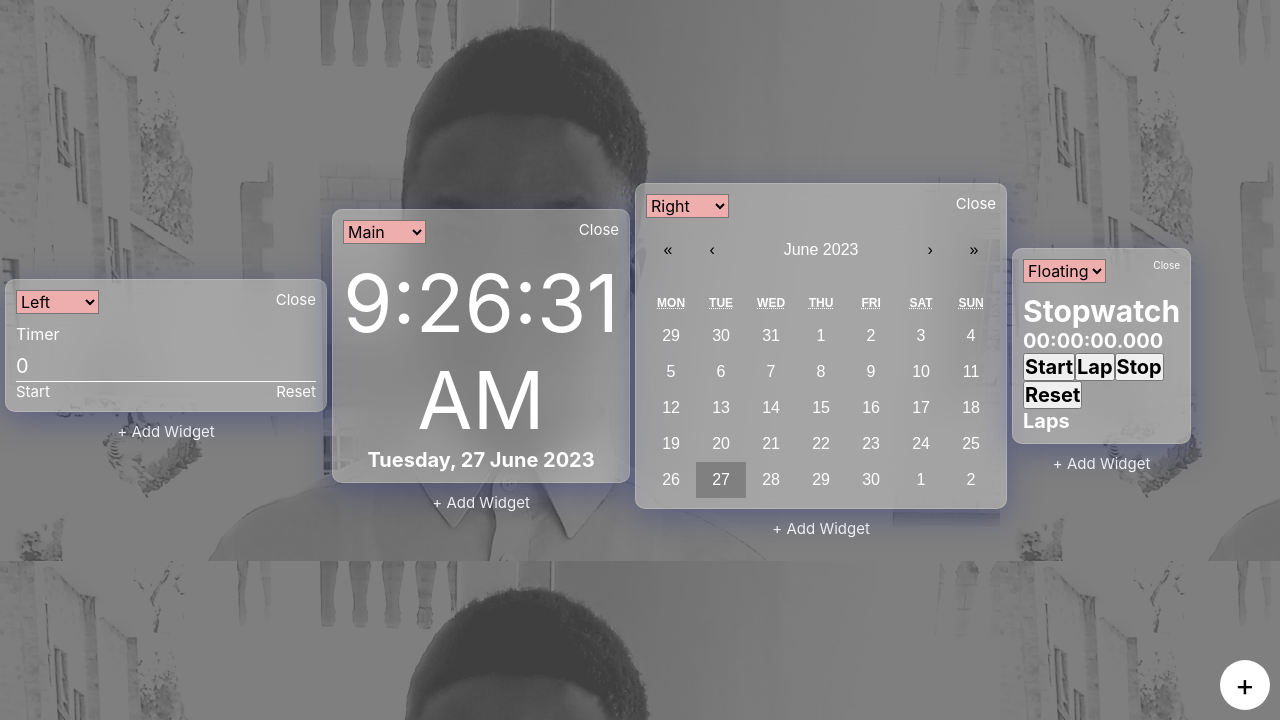
Repository: Angera-Silas/Planner-app
Page: /
An editor plug-in stored every save of this project. The page is shown before and after the next save, followed by the edit.
The browser window is 1280 px wide. The pictures show the whole page.
The project was rebuilt for these pictures with package versions that can differ from the ones it lists, and the page was loaded fresh each time. Also part of the build but not shown: src/widgets/ReminderListWidget.js, src/modals/WidgetGalleryModal.js.

Above is the page before, as saved 2023-06-27 18:26:59.

### src/index.css
body {
  margin: 0;
  font-family: -apple-system, BlinkMacSystemFont, 'Segoe UI', 'Roboto', 'Oxygen',
    'Ubuntu', 'Cantarell', 'Fira Sans', 'Droid Sans', 'Helvetica Neue',
    sans-serif;
  -webkit-font-smoothing: antialiased;
  -moz-osx-font-smoothing: grayscale;
}

code {
  font-family: source-code-pro, Menlo, Monaco, Consolas, 'Courier New',
    monospace;
}
*,
*::before,
*::after {
 box-sizing: border-box;
}

img,
svg,
video,
canvas,
audio,
iframe,
embed,
object {
 display: block;
 max-width: 100%;
}

input,
button,
textarea,
select {
 font: inherit;
 color: black;
}

* {
 margin: 0;
 padding: 0;
 box-sizing: border-box;
 font: inherit;
 color: white;
}

/* width */
::-webkit-scrollbar {
 width: 10px;
}

/* Track */
::-webkit-scrollbar-track {
 background: #363636;
}

/* Handle */
::-webkit-scrollbar-thumb {
 background: #777;
}

/* Handle on hover */
::-webkit-scrollbar-thumb:hover {
 background: #1e1e1e;
}

### src/App.css
.App {
  background: url("background.jpg");
  height: 100vh;
  display: flex;
  justify-content: flex-start;
  align-items: center;
  width: 100%;

}

.container {
  display: flex;
  flex-direction: row;
  align-items: flex-start;
  justify-content: space-between;
  gap: 5px;
  width: 100vh;
  padding: 5px;
  max-height: 100vh;
  height: 100%;

}

.item {
  background-color: rgba(255, 255, 255, 0.8);
  border: 1px solid rgba(0, 0, 0);
  padding: 20px;
  font-size: 30px;
  text-align: center;
}

.time {
  font-size: 80px;
  color: white;
  text-align: center;
}

.date {
  font-size: 20px;
  color: white;
  text-align: center;
  font-weight: bold;
}

.add-widget-button {
  background-color: transparent;
  color: white;
  border: none;
  font-size: 15px;
  text-align: center;
  cursor: pointer;
}

.add-widget-button:hover {
  color: #1e1e1e;
}

.right-widget,
.left-widget,
.main-widget,
.center-widget {
  display: flex;
  justify-content: center;
  align-items: center;
  flex-direction: column;
  gap: 10px;
  height: 100%;
  max-width: 500px;
}

.none-widget {
  position: fixed;
  /* height: 100vh;
  width: 100vw; */
  top: 0px;
  left: 0px;
}

select {
 background-color: #efaeae;
}

/* Modal */
.modal {
  position: fixed;
  z-index: 1;
  padding-top: 100px;
  left: 0;
  top: 0;
  width: 100vw;
  height: 100vh;
  overflow: auto;
  background-color: rgb(0, 0, 0, 0.4);
}

.modal-content {
  background-color: #183A37;
  margin: auto;
  padding: 20px;
  width: 50%;
  max-height: 50vh;
  overflow: scroll;
}

.modal-header {
  display: flex;
  justify-content: space-between;
  align-items: flex-start;
}

.modal-header h2 {
  color: white;
  font-weight: bold;
  font-size: 25px;
}

.row {
  display: flex;
  justify-content: space-between;
  align-items: center;
  gap: 10px;
}

.widget-gallery-item {
  color: black;
  border: 1px solid white;
  padding: 10px;
  margin-bottom: 10px;
}

.text-input {
  outline: none;
  border: none;
  border-bottom: 1px solid white;
  width: 100%;
  background-color: transparent;
  color: white;
  font-size: 20px;
  margin-top: 10px;
  padding-bottom: 3px;
}

.widget-container {
  background: rgba(255, 255, 255, 0.3);
  box-shadow: 0 8px 32px 0 rgba(31, 38, 135, 0.37);
  backdrop-filter: blur(20px);
  -webkit-backdrop-filter: blur(20px);
  border-radius: 10px;
  border: 1px solid rgba(255, 255, 255, 0.18);

}

.widget-gallery-item-name{
  font-size: 20px;
  font-weight: bold;
  margin-bottom: 10px;
}
.stopwatch {
 font-size: 20px;
 color: white;
 font-weight: bold;
}

### src/widgets/ClockWidget.js
import React, { useEffect, useState } from 'react'

export default function ClockWidget() {
  const [time, setTime] = useState(new Date().toLocaleTimeString())
  const [date, setDate] = useState(new Date())
  useEffect(() => {
    const interval = setInterval(() => {
      setTime(new Date().toLocaleTimeString())
      setDate(new Date())
    }, 1000)
    return () => clearInterval(interval)
  }, [])

  const tidyDate = (date) => {
    const dateArray = date
    const day = dateArray.getDay()
    const dateNumber = dateArray.getDate()
    const month = dateArray.getMonth() + 1
    const year = dateArray.getFullYear()

    const days = ['Sunday', 'Monday', 'Tuesday', 'Wednesday', 'Thursday', 'Friday', 'Saturday']
    const months = ['January', 'February', 'March', 'April', 'May', 'June', 'July', 'August', 'September', 'October', 'November', 'December']

    return `${days[day]}, ${dateNumber} ${months[month - 1]} ${year}`

  }

  return (
    <div>
      <p className='time'>{time}</p>
      <p className='date'>{tidyDate(date)}</p>
    </div>
  )
}

### src/widgets/TimerWidget.js
import React, { useEffect, useState } from 'react'

export default function TimerWidget() {
  const [timerListData, setTimerListData] = useState({
    time: 0,
    isRunning: false,
  })

  const tidyTime = (time) => {
    let hours = Math.floor(time / 3600)
    let minutes = Math.floor((time - (hours * 3600)) / 60)
    let seconds = time - (hours * 3600) - (minutes * 60)

    if (hours < 10) { hours = "0" + hours }
    if (minutes < 10) { minutes = "0" + minutes }
    if (seconds < 10) { seconds = "0" + seconds }

    return hours + ':' + minutes + ':' + seconds
  }

  useEffect(() => {
    // timer logic
    let interval = null
    if (timerListData.isRunning && timerListData.time > 0) {
      interval = setInterval(() => {
        setTimerListData({
          ...timerListData,
          time: parseInt(timerListData.time) - 1,
        })
      }, 1000)
    } else if (!timerListData.isRunning && timerListData.time !== 0) {
      setTimerListData({
        ...timerListData,
        isRunning: false,
      })
      clearInterval(interval)
    } else if (timerListData.isRunning && timerListData.time === 0) {
      setTimerListData({
        ...timerListData,
        isRunning: false,
      })
      clearInterval(interval)
      alert('Timer is up!')
    }

      return () => clearInterval(interval)
  }, [timerListData.isRunning, timerListData.time])

  return (
    <div style={{ minWidth: 300 }}>
      <div style={{ display: "flex", justifyContent: "space-between", alignItems: "row" }}>
        <p>Timer</p>
      </div>
      <div className='timer-container'>
        <div className='timer-display'>
          {timerListData.isRunning ?
            <p style={{ textAlign: "center", fontWeight: "bold", fontSize: 20 }}>{tidyTime(timerListData.time)}</p>
            :
            <input type="text" className='text-input' value={timerListData.time} onChange={(e) => {
              setTimerListData({
                ...timerListData,
                time: e.target.value,
              })
            }} />
          }
        </div>
        <div className='timer-controls' style={{ display: "flex", justifyContent: "space-between", alignItems: "center", }}>
          <button
            style={{
              background: "none",
              border: "none",
              color: "white",
              fontSize: "15px",
              cursor: "pointer",
            }}
            onClick={() => {
              setTimerListData({
                ...timerListData,
                isRunning: !timerListData.isRunning,
              })
            }}
          >{timerListData.isRunning ? 'Stop' : 'Start'}</button>
          <button
            style={{
              background: "none",
              border: "none",
              color: "white",
              fontSize: "15px",
              cursor: "pointer",
            }}
            onClick={() => {
              setTimerListData({
                ...timerListData,
                time: 0,
              })
            }}
          >Reset</button>
        </div>
      </div>
    </div>
  )
}

### src/widgets/MyCustomWidget.js
import React, { useEffect, useState } from 'react';
import { BsStopwatch } from 'react-icons/bs'

export default function MyCustomWidget() {
   const [stopwatchData, setStopwatchData] = useState([
  { id: 0, name: "Timer 1", time: 0, isRunning: false, lap: [], time_started: 0, pause: [] },
 ])
 const [selectedRow, setSelectedRow] = useState(0)

 useEffect(() => {
  const interval = setInterval(() => {
   setStopwatchData(stopwatchData.map((stopwatch) => {
    if (stopwatch.isRunning) {
     return { ...stopwatch, time: new Date() - stopwatch.time_started - stopwatch.pause.reduce((a, b) => a + b, 0) }
    }
    return stopwatch
   }))
  }, 10)
  return () => clearInterval(interval)
 }, [stopwatchData])
 const handleStart = (id) => {
  setStopwatchData(stopwatchData.map((stopwatch) => {
   if (stopwatch.id === id) {
    return { ...stopwatch, isRunning: true, time_started: new Date() - stopwatch.time - stopwatch.pause.reduce((a, b) => a + b, 0) }
   }
   return stopwatch
  }))
 }

 const handleStop = (id) => {
  setStopwatchData(stopwatchData.map((stopwatch) => {
   if (stopwatch.id === id) {
    return { ...stopwatch, isRunning: false, pause: [...stopwatch.pause, new Date() - stopwatch.time_started - stopwatch.pause.reduce((a, b) => a + b, 0)] }
   }
   return stopwatch
  }))
 }

 const handleReset = (id) => {
  setStopwatchData(stopwatchData.map((stopwatch) => {
   if (stopwatch.id === id) {
    return { ...stopwatch, time: 0, isRunning: false, lap: [] }
   }
   return stopwatch
  }))
 }

 const handleLap = (id) => {
  setStopwatchData(stopwatchData.map((stopwatch) => {
   if (stopwatch.id === id) {
    return { ...stopwatch, lap: [...stopwatch.lap, stopwatch.time] }
   }
   return stopwatch
  }))
 }
  return (
    <div className='stopwatch'>
      <div style={{ display: "flex", alignItems: "center", flexDirection: "row", justifyContent: "space-between", width: "100%" }}>
      <div style={{ textAlign: "left" }}>
       <h1 style={{ fontWeight: "bold", fontSize: 30 }}>Stopwatch</h1>
      </div>
     </div>

     <p className='main-time-label'>{stopwatchData[selectedRow]?.time > 0 ? new Date(stopwatchData[selectedRow]?.time).toISOString().slice(11, -1) : "00:00:00.000"}</p>
     <div className="main-button-controls">
      <button className={"control-buttons"} onClick={() => handleStart(stopwatchData[selectedRow].id)}>Start</button>
      <button className={"control-buttons"} onClick={() => handleLap(stopwatchData[selectedRow].id)}>Lap</button>
      <button className={"control-buttons"} onClick={() => handleStop(stopwatchData[selectedRow].id)}>Stop</button>
      <button className={"control-buttons"} onClick={() => handleReset(stopwatchData[selectedRow].id)}>Reset</button>
     </div>
     <p className='lap-label'>Laps</p>
     <div className='lap-container'>
      {stopwatchData[selectedRow]?.lap.length > 0 && stopwatchData[selectedRow]?.lap.map((lap, index) => (
       <div style={{ display: "flex", justifyContent: "space-between", width: "500px" }}>
        <p>Lap {index + 1}</p>
        <p className='lap-time-label' key={index}>{new Date(lap).toISOString().slice(11, -1)}</p>
       </div>
      ))}
     </div>
    </div>
  )
}

### src/styles/styles.css
.react-calendar {
  width: 350px;
  max-width: 100%;
  background: transparent;
  font-family: Arial, Helvetica, sans-serif;
  line-height: 1.125em;
}

.react-calendar--doubleView {
  width: 700px;
}

.react-calendar--doubleView .react-calendar__viewContainer {
  display: flex;
  margin: -0.5em;
}

.react-calendar--doubleView .react-calendar__viewContainer > * {
  width: 50%;
  margin: 0.5em;
}

.react-calendar,
.react-calendar *,
.react-calendar *:before,
.react-calendar *:after {
  -moz-box-sizing: border-box;
  -webkit-box-sizing: border-box;
  box-sizing: border-box;
}

.react-calendar button {
  margin: 0;
  border: 0;
  outline: none;
}

.react-calendar button:enabled:hover {
  cursor: pointer;
}

.react-calendar__navigation {
  display: flex;
  height: 44px;
  margin-bottom: 1em;
}

.react-calendar__navigation button {
  min-width: 44px;
  background: none;
}

.react-calendar__navigation button:disabled {
  background-color: #f0f0f0;
}

.react-calendar__navigation button:enabled:hover,
.react-calendar__navigation button:enabled:focus {
  background-color: #e6e6e6;
}

.react-calendar__month-view__weekdays {
  text-align: center;
  text-transform: uppercase;
  font-weight: bold;
  font-size: 0.75em;
}

.react-calendar__month-view__weekdays__weekday {
  padding: 0.5em;
}

.react-calendar__month-view__weekNumbers .react-calendar__tile {
  display: flex;
  align-items: center;
  justify-content: center;
  font-size: 0.75em;
  font-weight: bold;
}

.react-calendar__month-view__days__day--weekend {
  color: #d10000;
}

.react-calendar__month-view__days__day--neighboringMonth {
  color: #757575;
}

.react-calendar__year-view .react-calendar__tile,
.react-calendar__decade-view .react-calendar__tile,
.react-calendar__century-view .react-calendar__tile {
  padding: 2em 0.5em;
}

.react-calendar__tile {
  max-width: 100%;
  padding: 10px 6.6667px;
  background: none;
  text-align: center;
  line-height: 16px;
}

.react-calendar__tile:disabled {
  background-color: #f0f0f0;
}

.react-calendar__tile:enabled:hover,
.react-calendar__tile:enabled:focus {
  background-color: #e6e6e6;
}

.react-calendar__tile--now {
  background: gray;
}

.react-calendar__tile--now:enabled:hover,
.react-calendar__tile--now:enabled:focus {
  background: gray;
}

.react-calendar__tile--hasActive {
  background: #76baff;
}

.react-calendar__tile--hasActive:enabled:hover,
.react-calendar__tile--hasActive:enabled:focus {
  background: #a9d4ff;
}

.react-calendar__tile--active {
  background: #006edc;
  color: white;
}

.react-calendar__tile--active:enabled:hover,
.react-calendar__tile--active:enabled:focus {
  background: #1087ff;
}

.react-calendar--selectRange .react-calendar__tile--hover {
  background-color: #e6e6e6;
}

Loaded but not shown: public/index.html (common file); src/index.js (common file); src/reportWebVitals.js (common file); src/widgets/CalendarWidget.js (common file); src/App.js (240 lines, source omitted)

After the next save:
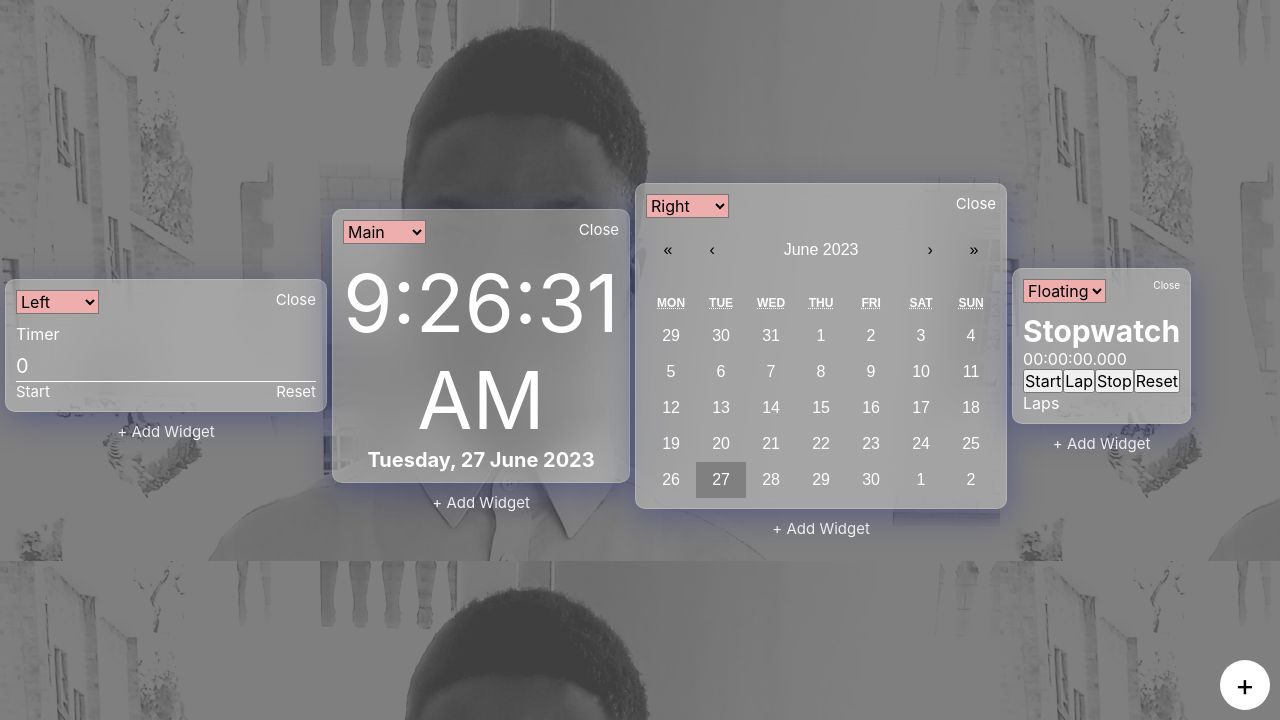
Saved 8 s later.
--- a/src/App.css
+++ b/src/App.css
@@ -155,8 +155,3 @@ select {
   font-weight: bold;
   margin-bottom: 10px;
 }
-.stopwatch {
- font-size: 20px;
- color: white;
- font-weight: bold;
-}

After the 2 saves that followed:
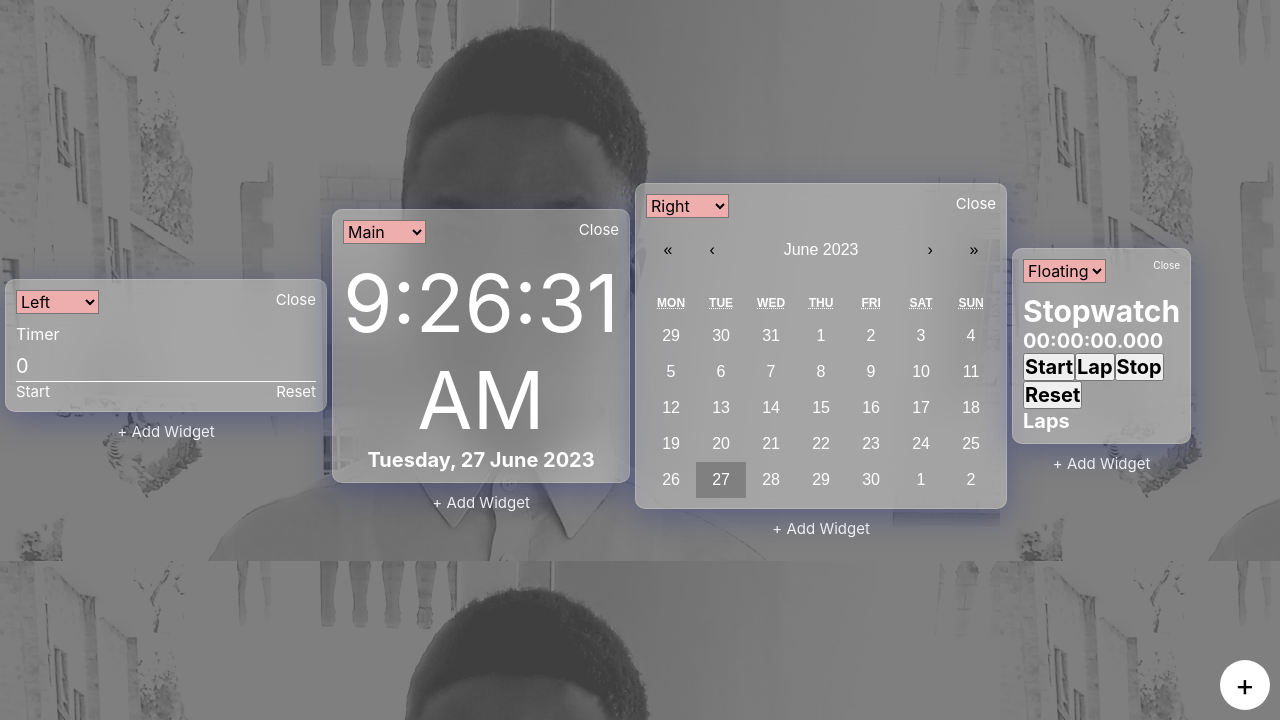
The 2 saves are shown as one change because 1 left the picture as it was.
The last was saved 18 s later.
--- a/src/App.css
+++ b/src/App.css
@@ -41,7 +41,11 @@
   text-align: center;
   font-weight: bold;
 }
-
+ .stopwatch {
+ font-size: 20px;
+ color: white;
+ font-weight: bold;
+}
 .add-widget-button {
   background-color: transparent;
   color: white;
